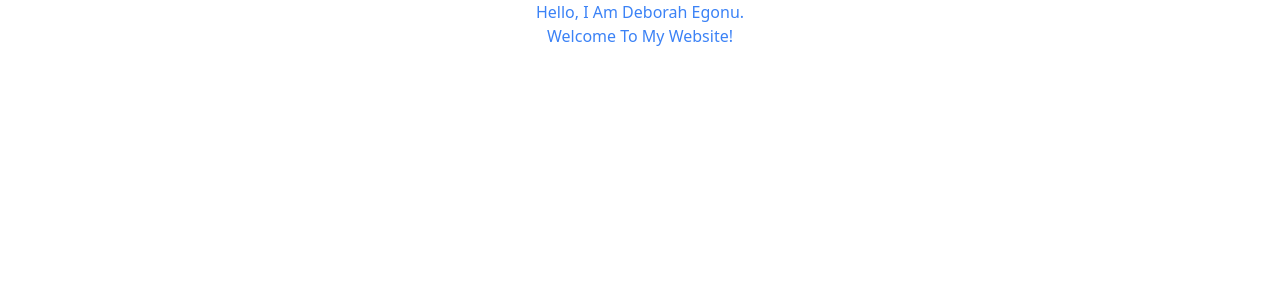
Repository: latenightsnacc/codewithdeb
Page: index.html
The author's editor kept a copy of each file at every save. The page is drawn from the files as they stood at one save, then again after the next save.
The browser window is 1280 px wide. The pictures show the whole page.

Above is the page before, as saved 2021-06-07 10:19:56.

### index.html
<!DOCTYPE html>
<html lang="en">
<head>
    <meta charset="UTF-8">
    <meta http-equiv="X-UA-Compatible" content="IE=edge">
    <meta name="viewport" content="width=device-width, initial-scale=1.0">
    <!--TAILWIND CDN-->
    <link href="https://unpkg.com/tailwindcss@^2/dist/tailwind.min.css" rel="stylesheet">
    <title>hOME - DEBORAH EGONU</title>
</head>
<body>
    <h1 class="text-center text-blue-500 capitalize">hello, I am deborah egonu.
        <br/> welcome to my website! </h1>
</body>
</html>

After the next save:
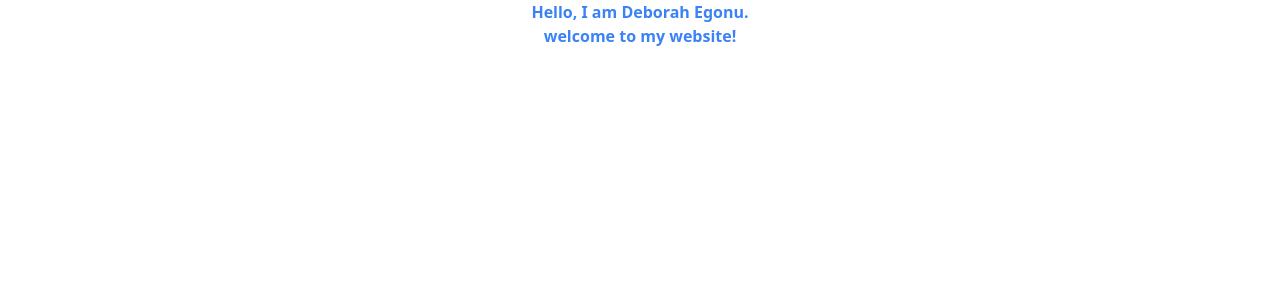
Saved 30 s later.
--- a/index.html
+++ b/index.html
@@ -9,7 +9,7 @@
     <title>hOME - DEBORAH EGONU</title>
 </head>
 <body>
-    <h1 class="text-center text-blue-500 capitalize">hello, I am deborah egonu.
+    <h1 class="text-center text-blue-500 font-bold">Hello, I am Deborah Egonu.
         <br/> welcome to my website! </h1>
 </body>
 </html>
